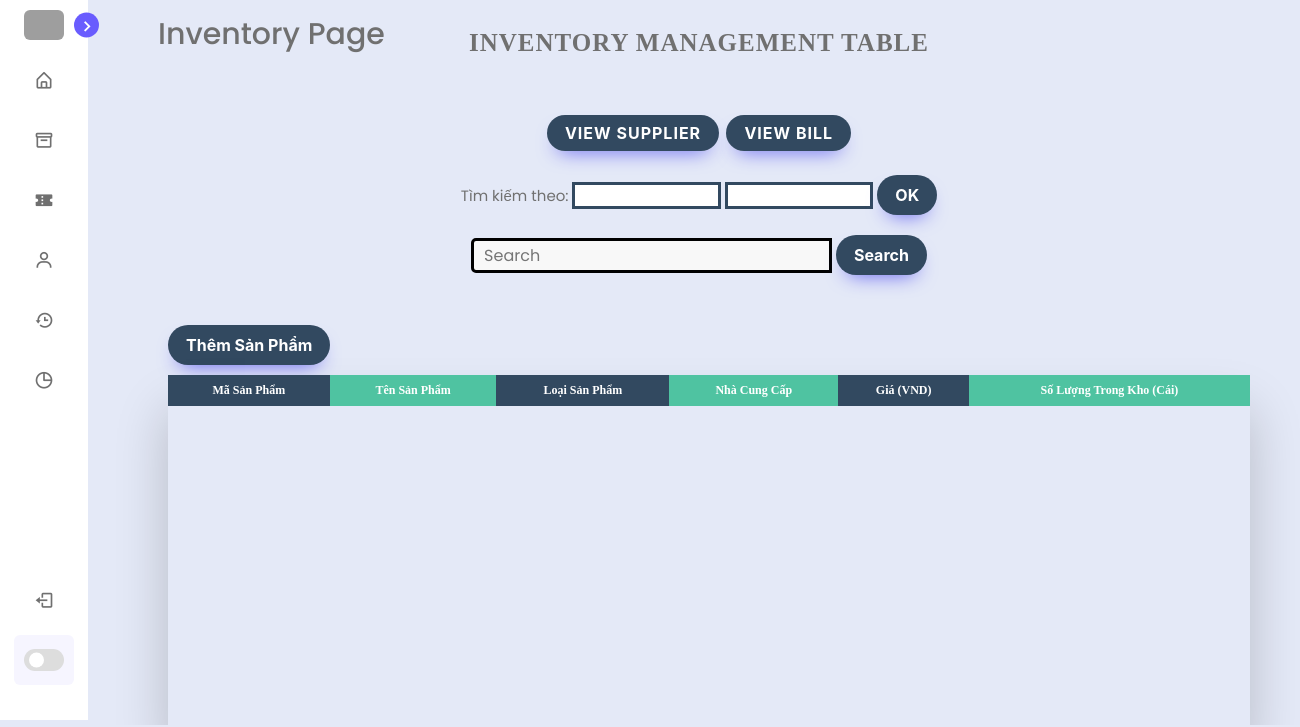
Repository: JeffDaveHudson/CapstoneProject
Page: http://localhost/CapstoneProject/inventory
These files come from the project's save history. The page is drawn as it stood at one moment and after the next save; the edit follows.
The browser window is 1280 px wide. The page is 1300 px wide, so the pictures cover 1300 px, including what lies to the right of the window. The pictures show the whole page.
Pictures or frames that could not be fetched are drawn as grey boxes. The page is served by Tomcat 9.

Above is the page before, as saved 2023-05-25 04:49:08.

After the next save:
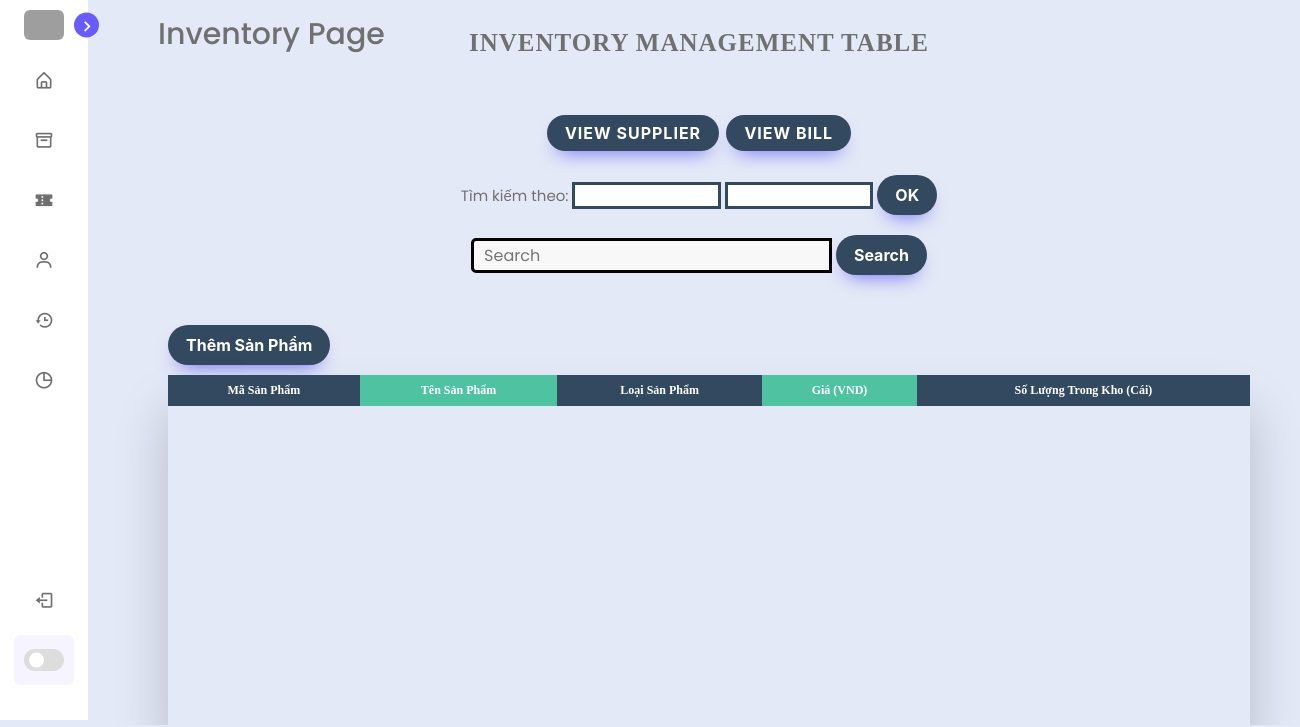
Saved 14 s later.
--- a/CapstoneProject/src/main/webapp/admin/Inventory.jsp
+++ b/CapstoneProject/src/main/webapp/admin/Inventory.jsp
@@ -75,7 +75,7 @@
             <th>Mã Sản Phẩm</th>
             <th>Tên Sản Phẩm</th>
             <th>Loại Sản Phẩm</th>
-            <th>Nhà Cung Cấp</th>
+            <!-- <th>Nhà Cung Cấp</th> -->
             <th>Giá (VND)</th>
             <th>Số Lượng Trong Kho (Cái)</th>
         </tr>
@@ -94,11 +94,11 @@
             	</c:if>
             </c:forEach>
 
-            <c:forEach items="${supplierList}" var="supplierlist">
+            <%-- <c:forEach items="${supplierList}" var="supplierlist">
             	<c:if test="${productlist.idSupplier==supplierlist.id}">
            			<td>${supplierlist.supplierName}</td>
             	</c:if>
-            </c:forEach>
+            </c:forEach> --%>
             <td>${productlist.price}</td>
 
             <%-- <c:forEach items="${productInventoryList }" var="productinventorylist">
